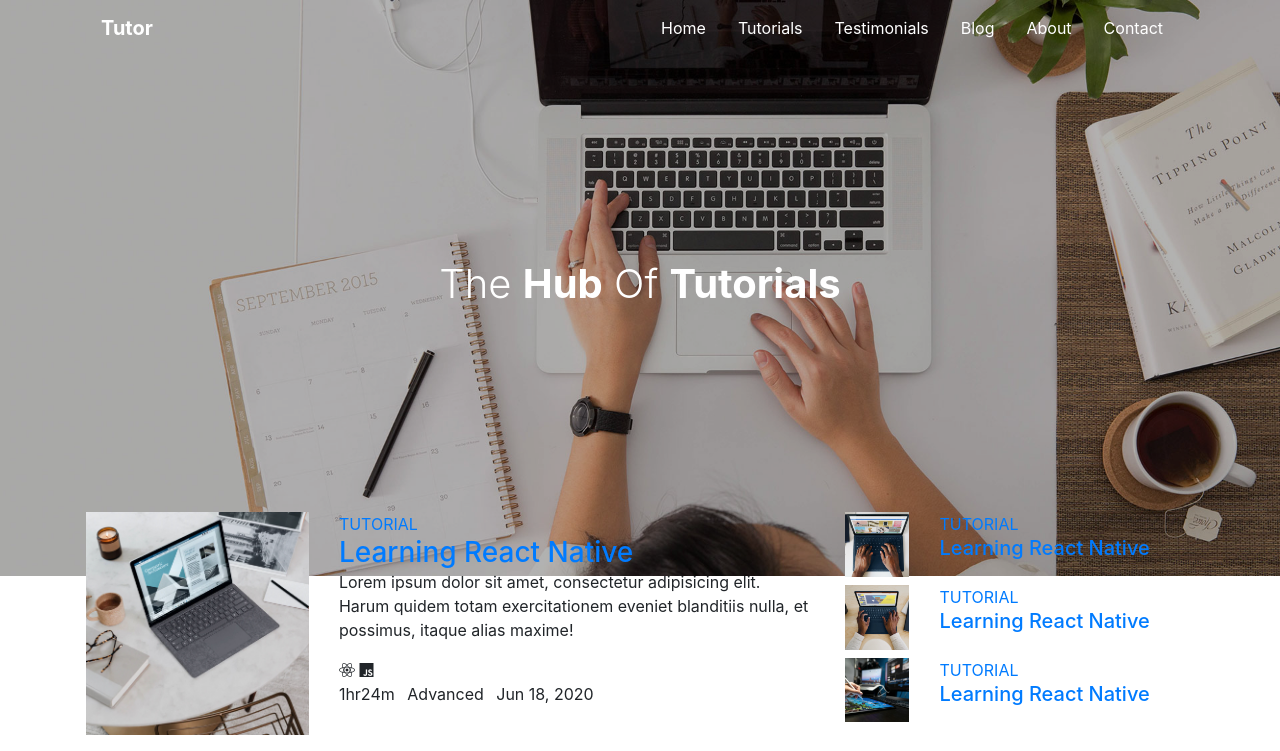
Repository: longvh2003/Tutor
Page: Views/home.html
An editor plug-in stored every save of this project. The page is shown before and after a run of saves, followed by the edit.
The browser window is 1280 px wide. The pictures show the whole page.
Some web libraries are served in a nearby version.

Above is the page before, as saved 2020-08-12 16:51:28.

### Views/home.html
<html lang="en">

<head>
    <meta charset="UTF-8">
    <meta name="viewport" content="width=device-width, initial-scale=1.0">
    <title>Home</title>
    <link rel="stylesheet" href="https://stackpath.bootstrapcdn.com/bootstrap/4.5.2/css/bootstrap.min.css"
        integrity="sha384-JcKb8q3iqJ61gNV9KGb8thSsNjpSL0n8PARn9HuZOnIxN0hoP+VmmDGMN5t9UJ0Z" crossorigin="anonymous">
    <link rel="stylesheet" href="https://use.fontawesome.com/releases/v5.12.0/css/all.css"
        integrity="sha384-REHJTs1r2ErKBuJB0fCK99gCYsVjwxHrSU0N7I1zl9vZbggVJXRMsv/sLlOAGb4M" crossorigin="anonymous" />
        <link rel="stylesheet" href="../Css/header.css">
        <link rel="stylesheet" href="../Css/home.css">
</head>

<body>
    <section class="header">
        <div class="opacity"></div>
        <div class="container">
            <nav class="navbar navbar-light">
                <a class="navbar-brand text-white" href="#"><strong>Tutor</strong></a>
                <ul class="nav justify-content-center">
                    <li class="nav-item">
                        <a class="nav-link text-white" href="#">Home</a>
                    </li>
                    <li class="nav-item">
                        <a class="nav-link text-white" href="#">Tutorials</a>
                    </li>
                    <li class="nav-item">
                        <a class="nav-link text-white" href="#">Testimonials</a>
                    </li>
                    <li class="nav-item">
                        <a class="nav-link text-white" href="#">Blog</a>
                    </li>
                    <li class="nav-item">
                        <a class="nav-link text-white" href="#">About</a>
                    </li>
                    <li class="nav-item">
                        <a class="nav-link text-white" href="#">Contact</a>
                    </li>
                </ul>
            </nav>
            <div class="title-header">
                <h1 class="text-white">The <strong>Hub</strong> Of <strong>Tutorials</strong></h1>
            </div>
        </div>
    </section>
    <div class="container latest-content">
        <div class="row">
            <div class="col-lg-8">
                <div class="row">
                    <div class="col-md-4">
                        <img class="img-latest-content" src="../Image/img_1.jpg" alt="...">
                    </div>
                    <div class="col-md-8">
                        <div><a href="#">TUTORIAL</a></div>
                        <div><a href="#" class="h3">Learning React Native</a></div>
                        <p>Lorem ipsum dolor sit amet, consectetur adipisicing elit. Harum quidem totam exercitationem
                            eveniet blanditiis nulla, et possimus, itaque alias maxime!</p>
                        <div>
                            <span><i class="fab fa-react"></i></span>
                            <span><i class="fab fa-js"></i></span>
                        </div>
                        <p>
                            <span class="mr-2">1hr24m</span>
                            <span class="mr-2">Advanced</span>
                            <span class="mr-2">Jun 18, 2020</span>
                        </p>
                    </div>
                </div>
            </div>
            <div class="col-lg-4">
                <div class="row pb-2">
                    <div class="col-3"><img class="img-latest-content" src="../Image/img_2.jpg" alt="..."></div>
                    <div class="col-9">
                        <div><a href="#">TUTORIAL</a></div>
                        <div><a href="#" class="h5">Learning React Native</a></div>
                    </div>
                </div>
                <div class="row pb-2">
                    <div class="col-3"><img class="img-latest-content" src="../Image/img_3.jpg" alt="..."></div>
                    <div class="col-9">
                        <div><a href="#">TUTORIAL</a></div>
                        <div><a href="#" class="h5">Learning React Native</a></div>
                    </div>
                </div>
                <div class="row pb-2">
                    <div class="col-3"><img class="img-latest-content" src="../Image/img_4.jpg" alt="..."></div>
                    <div class="col-9">
                        <div><a href="#">TUTORIAL</a></div>
                        <div><a href="#" class="h5">Learning React Native</a></div>
                    </div>
                </div>
            </div>
        </div>
    </div>
</body>

</html>

### Css/header.css
body {
    font-family: "Raleway", -apple-system, BlinkMacSystemFont, "Segoe UI", Roboto,
      "Helvetica Neue", Arial, "Noto Sans", sans-serif, "Apple Color Emoji",
      "Segoe UI Emoji", "Segoe UI Symbol", "Noto Color Emoji";
  }
  .header{
      background: url(../Image/hero_bg.jpg) no-repeat center center;
      height: 36rem;
      background-size: cover;
  }
  .opacity{
      position: absolute;
      width: 100%;
      height: 36rem;
      background: rgba(0, 0, 0, 0.3);
  }
  .title-header{
      position: absolute;
      z-index: 1;
      top: 40%;
      left: 50%;
      transform: translate(-50%,-50%);
  }
  .title-header h1{
      font-weight: 300;
  }
  .title-header strong{
      font-weight: bold;
  }

### Css/home.css
.latest-content{
    padding: 1rem;
    position: relative;
    z-index: 9999;
    margin-top: -5rem;
}
.img-latest-content{
    width: 100%;
    height: auto;
}

After the next 2 saves:
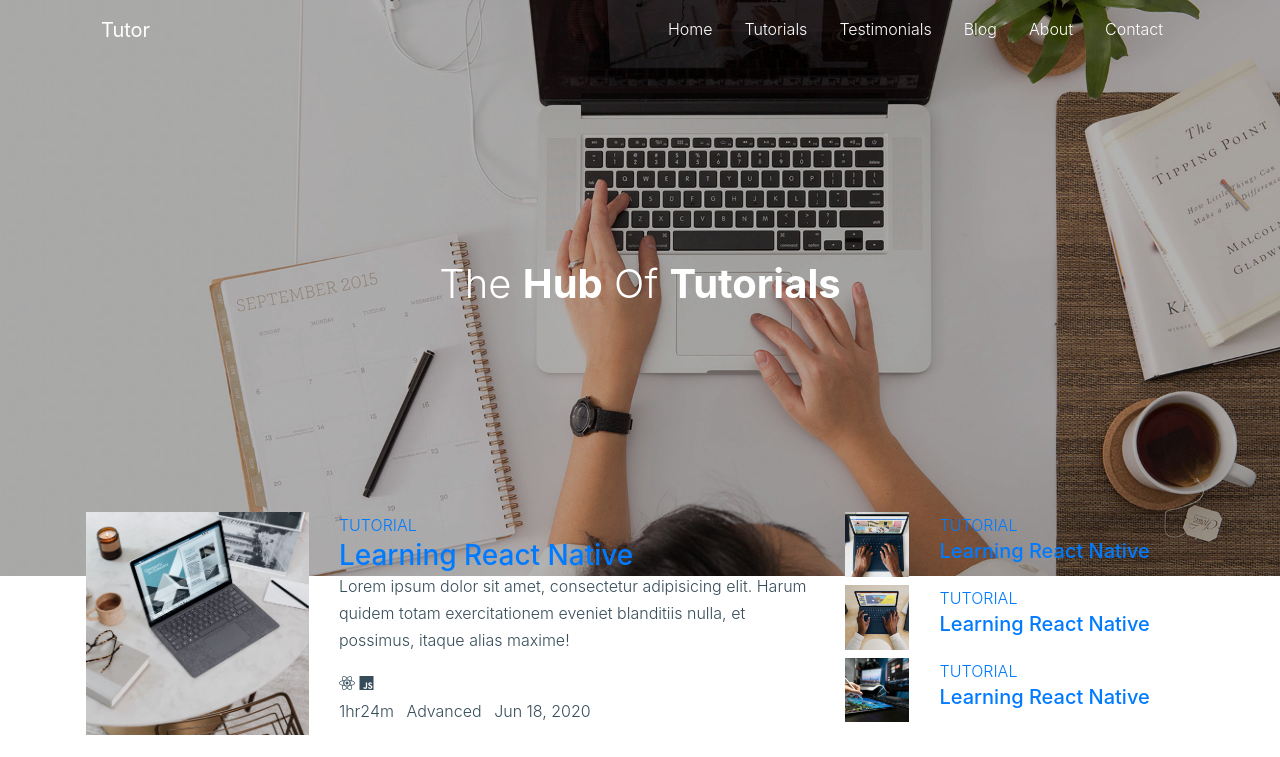
The 2 saves are shown as one change because they came seconds apart.
The last was saved 74 s later.
--- a/Css/header.css
+++ b/Css/header.css
@@ -1,29 +1,34 @@
 body {
-    font-family: "Raleway", -apple-system, BlinkMacSystemFont, "Segoe UI", Roboto,
-      "Helvetica Neue", Arial, "Noto Sans", sans-serif, "Apple Color Emoji",
-      "Segoe UI Emoji", "Segoe UI Symbol", "Noto Color Emoji";
-  }
-  .header{
-      background: url(../Image/hero_bg.jpg) no-repeat center center;
-      height: 36rem;
-      background-size: cover;
-  }
-  .opacity{
-      position: absolute;
-      width: 100%;
-      height: 36rem;
-      background: rgba(0, 0, 0, 0.3);
-  }
-  .title-header{
-      position: absolute;
-      z-index: 1;
-      top: 40%;
-      left: 50%;
-      transform: translate(-50%,-50%);
-  }
-  .title-header h1{
-      font-weight: 300;
-  }
-  .title-header strong{
-      font-weight: bold;
-  }
+  font-family: "Raleway", -apple-system, BlinkMacSystemFont, "Segoe UI", Roboto,
+    "Helvetica Neue", Arial, "Noto Sans", sans-serif, "Apple Color Emoji",
+    "Segoe UI Emoji", "Segoe UI Symbol", "Noto Color Emoji";
+  line-height: 1.7;
+  color: #364d59 !important;
+  font-weight: 300;
+  font-size: 1rem;
+  background: #fff;
+}
+.header {
+  background: url(../Image/hero_bg.jpg) no-repeat center center;
+  height: 36rem;
+  background-size: cover;
+}
+.opacity {
+  position: absolute;
+  width: 100%;
+  height: 36rem;
+  background: rgba(0, 0, 0, 0.3);
+}
+.title-header {
+  position: absolute;
+  z-index: 1;
+  top: 40%;
+  left: 50%;
+  transform: translate(-50%, -50%);
+}
+.title-header h1 {
+  font-weight: 300;
+}
+.title-header strong {
+  font-weight: bold;
+}
